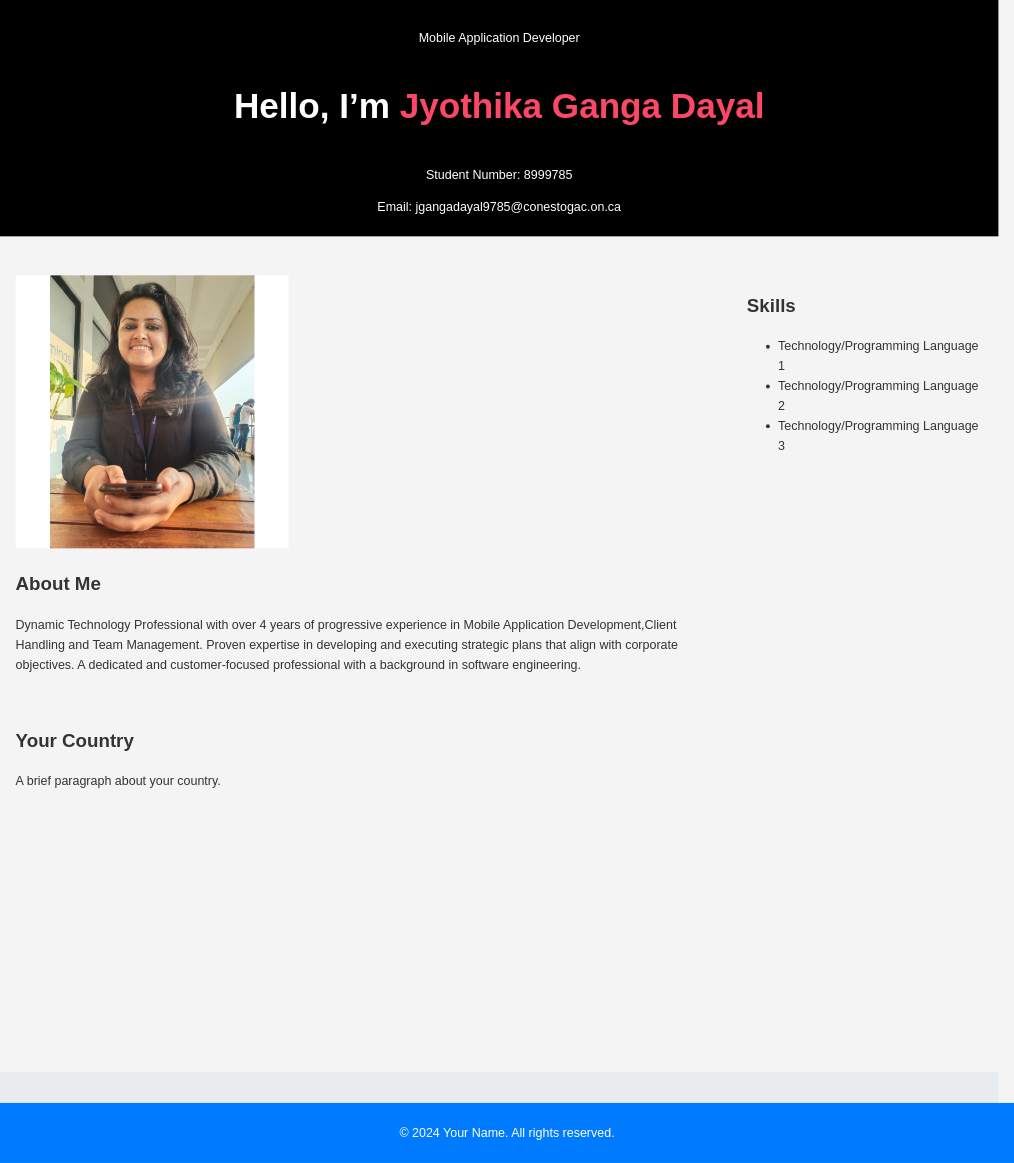
Repository: jyothika123/portfolio
Page: index.html
An editor plug-in stored every save of this project. The page is shown before and after the next save, followed by the edit.
The browser window is 1280 px wide. The page is 1300 px wide, so the pictures cover 1300 px, including what lies to the right of the window. The pictures show the whole page, at 78% of full size.
Pictures or frames that could not be fetched are drawn as grey boxes.

Above is the page before, as saved 2024-09-22 15:51:44.

### index.html
<!DOCTYPE html>
<html lang="en">
<head>
    <meta charset="UTF-8">
    <meta name="viewport" content="width=device-width, initial-scale=1.0">
    <link rel="stylesheet" href="css/style.css">
    <title>Jyothika Ganga Dayal</title>
</head>
<body>
    <header>
        <div class="content">
            <br>
            <span class="title">Mobile Application Developer</span>
            <h1>Hello, I’m <span>Jyothika Ganga Dayal</span></h1>
            <p>Student Number: 8999785</p>
            <p>Email: jgangadayal9785@conestogac.on.ca</p>
        </div>
    </header>
    <main>
        <section class="box">
            <section class="bio">
                <img src="images/image.PNG" alt="A photo representing me" class="profile">
                <h2>About Me</h2>
                <p>Dynamic Technology Professional with over 4 years of progressive experience
                    in Mobile Application Development,Client Handling and Team Management. Proven
                    expertise in developing and executing strategic plans that align with
                    corporate objectives. A dedicated and customer-focused professional with a
                    background in software engineering. </p>
            </section>
            <section>
                <h2>Skills</h2>
                <ul>
                    <li>Technology/Programming Language 1</li>
                    <li>Technology/Programming Language 2</li>
                    <li>Technology/Programming Language 3</li>
                </ul>
            </section>
            <section class="country">
                <h2>Your Country</h2>
                <p>A brief paragraph about your country.</p>
                <iframe width="560" height="315" src="https://www.youtube.com/embed/your_video_id"
                        title="Interesting video about me/country/skills"
                        frameborder="0" allowfullscreen></iframe>
            </section>
        </section>
    </main>
    <aside>

    </aside>
    <footer>
        <p>&copy; 2024 Your Name. All rights reserved.</p>
    </footer>
</body>
</html>

### css/style.css


body {
    font-family: Arial, sans-serif;
    line-height: 1.6;
    margin: 0;
    padding: 0;
    color: #333;
    background-color: #f4f4f4;
}

header {
    background: #000000;
    color: #fff;
    padding: 10px;
    text-align: center;
}

main {
    display: flex;
    justify-content: space-between;
    padding: 20px;
}

.bio {
    flex: 2;
    margin-right: 20px;
}

.country {
    flex: 3;
}

aside {
    background: #E9ECEF;
    padding: 20px;
    flex: 1;
}

footer {
    background: #007BFF;
    color: #fff;
    text-align: center;
    padding: 10px ;
    position: relative;
    bottom: 0;
    width: 100%;
}

.profile{
    width:350px;
    height: 350px;
}

.content h1 {
    color: #ffffff;
    font-size: 45px;
    font-weight: 900;
    line-height: 90px;
    text-transform: inherit;
    width: 100%;
  }
  .content h1 span {
    color: #fd4766;
  }
  .content p {
    width: 100%;
    color: #ffffff;
    margin-top: 5px;
    margin-bottom: 15px;
  }
  .box{
    margin-top: 30px;
    display: grid;
    grid-template-columns: 3fr 1fr;
    gap:30px;
  }

After the next save:
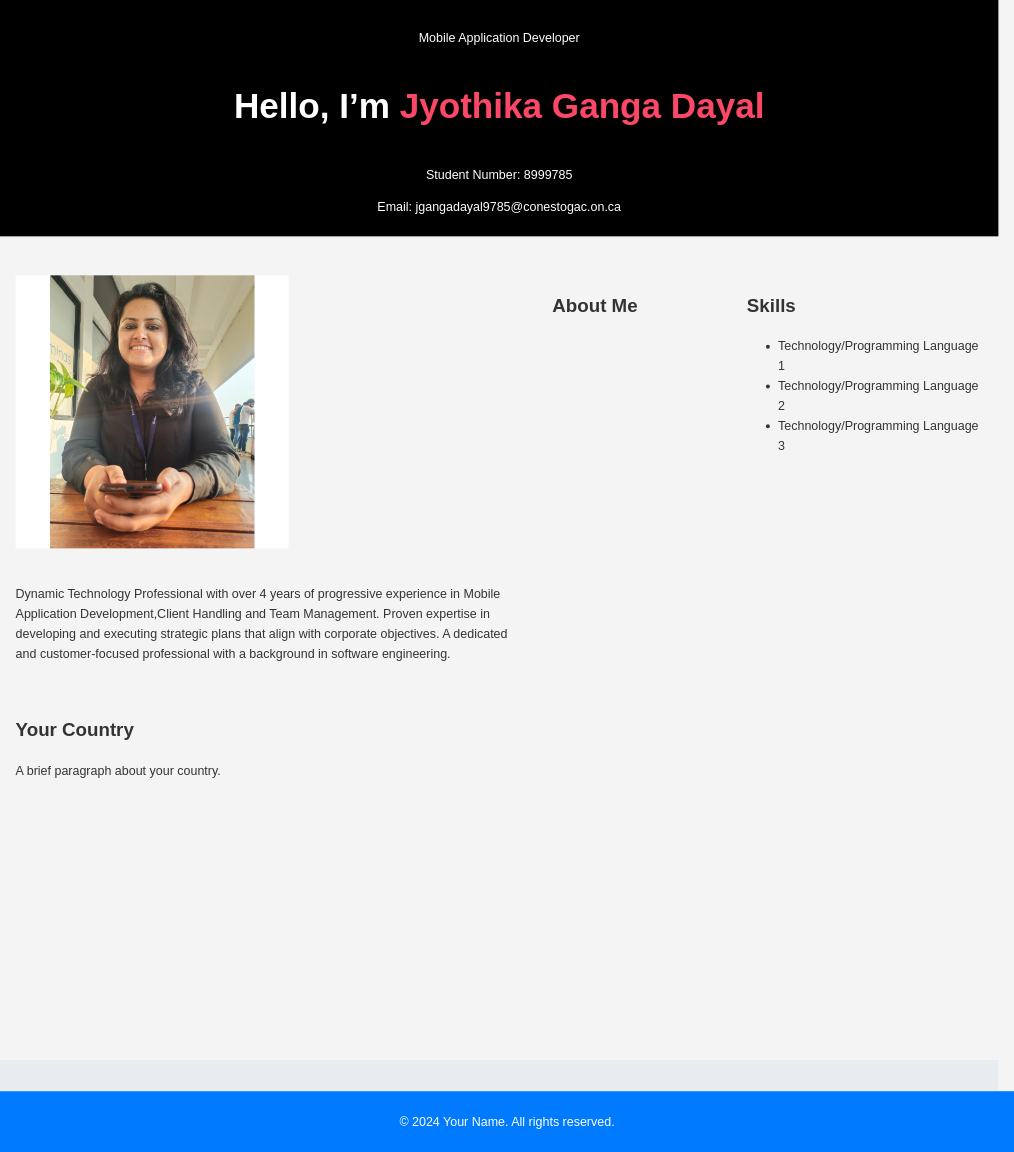
Saved 108 s later.
--- a/css/style.css
+++ b/css/style.css
@@ -23,8 +23,9 @@ main {
 }
 
 .bio {
-    flex: 2;
-    margin-right: 20px;
+    display: grid;
+    grid-template-columns: 3fr 1fr;
+    gap:30px;
 }
 
 .country {
